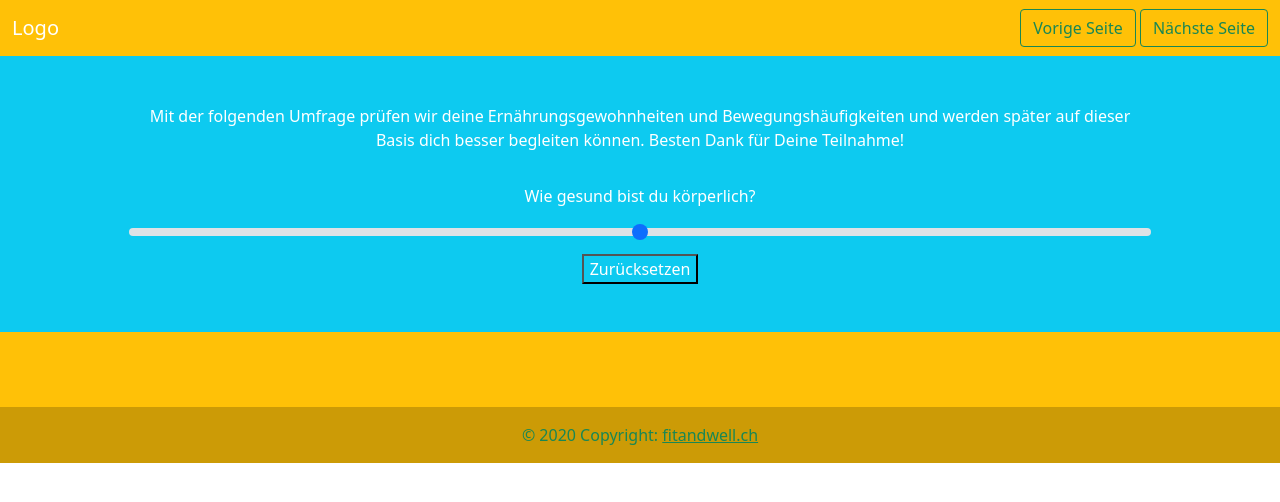
Repository: stephane71183101/Stephane-Personal-Health-Survey
Page: http://localhost/form-q01-start-page.php
An editor plug-in stored every save of this project. The page is shown before and after the next save, followed by the edit.
The browser window is 1280 px wide. The pictures show the whole page.
The page is run by PHP 8.4 with error messages shown; the project is at /var/www/html/.

Above is the page before, as saved 2022-03-15 17:08:41.

### form-q01-start-page.php
<!DOCTYPE html>
<html lang="en">
<head>
    <meta charset="UTF-8">
    <meta http-equiv="X-UA-Compatible" content="IE=edge">
    <meta name="viewport" content="width=device-width, initial-scale=1.0">
    <title>Document</title>
    <link href="https://cdn.jsdelivr.net/npm/bootstrap@5.1.3/dist/css/bootstrap.min.css" rel="stylesheet" integrity="sha384-1BmE4kWBq78iYhFldvKuhfTAU6auU8tT94WrHftjDbrCEXSU1oBoqyl2QvZ6jIW3" crossorigin="anonymous">
    <script src="https://cdn.jsdelivr.net/npm/bootstrap@5.1.3/dist/js/bootstrap.bundle.min.js" integrity="sha384-ka7Sk0Gln4gmtz2MlQnikT1wXgYsOg+OMhuP+IlRH9sENBO0LRn5q+8nbTov4+1p" crossorigin="anonymous"></script>
</head>

<header>
    <nav class="navbar navbar-expand-lg navbar-light bg-warning">
    <div class="container-fluid">
        <a class="navbar-brand text-white" href="#">Logo</a>
        <div class="nav justify-content-end" id="navbarNav">
            <form class="d-flexme-2">
                <button class="btn btn-outline-success" type="submit">Vorige Seite</button>
                <button class="btn btn-outline-success" type="submit">Nächste Seite</button>
            </form>
        </div>
    </div>
    </nav>
</header>

<body>
    <div class="container-fluid pt-5 pb-3 text-center text-white bg-info">
        <div  class="container col-10">
        <p>Mit der folgenden Umfrage prüfen wir deine Ernährungsgewohnheiten und Bewegungshäufigkeiten und werden später auf dieser Basis dich besser begleiten können. Besten Dank für Deine Teilnahme!</p>
        </div>
    </div>

    <div class="container-fluid pb-5 text-center text-white bg-info">
        <div  class="container col-10">
        <form>
        <label for="customRange1" class="form-label pb-2">Wie gesund bist du körperlich?</label>
        <input type="range" class="form-range pb-2" min="0" max="4" step="1" id="my-range">
        <input type="reset" class="bg-info text-white" value="Zurücksetzen">
        </form>
        </div>
    </div>

<footer>
    <div class="text-center text-white bg-warning">
    <!-- Grid container -->
    <div class="container pt-4">
        <!-- Section: Social media -->
        <section class="mb-4">
        <!-- Facebook -->
        <a
            class="btn btn-link btn-floating btn-lg text-dark m-1"
            href="#"
            role="button"
            data-mdb-ripple-color="dark"
            ><i class="fab fa-facebook-f"></i
        ></a>

        <!-- Twitter -->
        <a
            class="btn btn-link btn-floating btn-lg text-dark m-1"
            href="#!"
            role="button"
            data-mdb-ripple-color="dark"
            ><i class="fab fa-twitter"></i
        ></a>

        <!-- Google -->
        <a
            class="btn btn-link btn-floating btn-lg text-dark m-1"
            href="#!"
            role="button"
            data-mdb-ripple-color="dark"
            ><i class="fab fa-google"></i
        ></a>

        <!-- Instagram -->
        <a
            class="btn btn-link btn-floating btn-lg text-dark m-1"
            href="#!"
            role="button"
            data-mdb-ripple-color="dark"
            ><i class="fab fa-instagram"></i
        ></a>

        <!-- Linkedin -->
        <a
            class="btn btn-link btn-floating btn-lg text-dark m-1"
            href="#!"
            role="button"
            data-mdb-ripple-color="dark"
            ><i class="fab fa-linkedin"></i
        ></a>
        <!-- Github -->
        <a
            class="btn btn-link btn-floating btn-lg text-dark m-1"
            href="#!"
            role="button"
            data-mdb-ripple-color="dark"
            ><i class="fab fa-github"></i
        ></a>
        </section>
        <!-- Section: Social media -->
    </div>
    <!-- Grid container -->

    <!-- Copyright -->
    <div class="text-center text-success p-3" style="background-color: rgba(0, 0, 0, 0.2);">
        © 2020 Copyright:
        <a class="text-success" href="#">fitandwell.ch</a>
    </div>
    <!-- Copyright -->
    </div>
</footer>
</body>

</html>

After the next save:
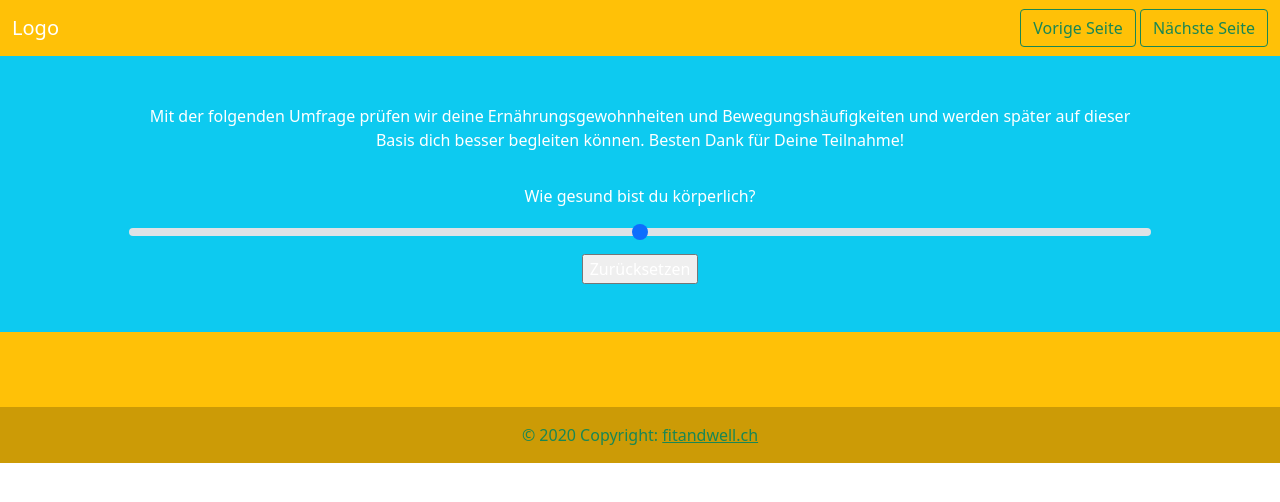
Saved 17 s later.
--- a/form-q01-start-page.php
+++ b/form-q01-start-page.php
@@ -35,7 +35,7 @@
         <form>
         <label for="customRange1" class="form-label pb-2">Wie gesund bist du körperlich?</label>
         <input type="range" class="form-range pb-2" min="0" max="4" step="1" id="my-range">
-        <input type="reset" class="bg-info text-white" value="Zurücksetzen">
+        <input type="reset" class="text-white" value="Zurücksetzen">
         </form>
         </div>
     </div>
